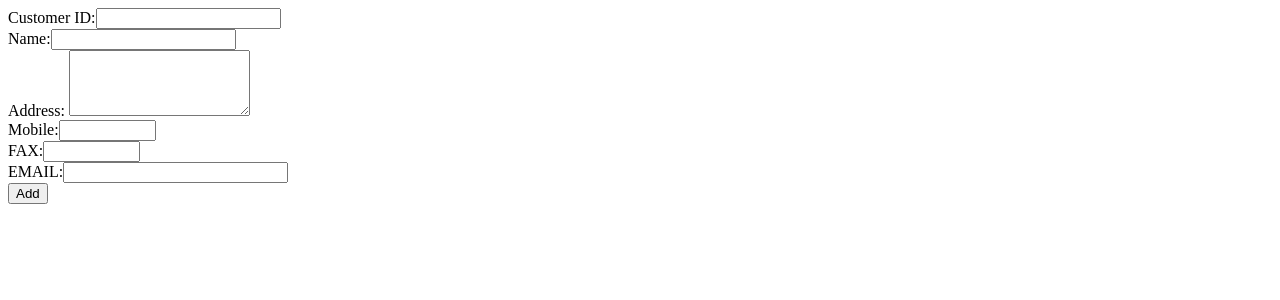
Repository: rishabhsharma0303/demorepository
Page: http://localhost/app1/register.jsp
An editor plug-in stored every save of this project. The page is shown before and after the next save, followed by the edit.
The browser window is 1280 px wide. The pictures show the whole page.
The page is served by Tomcat 9.

Above is the page before, as saved 2021-09-01 15:21:29.

After the next save:
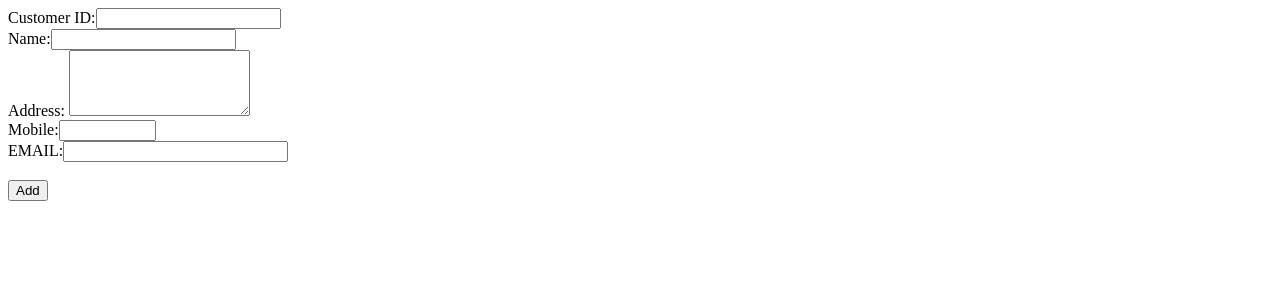
Saved 45 s later.
--- a/app1/WebContent/register.jsp
+++ b/app1/WebContent/register.jsp
@@ -8,13 +8,13 @@
 </head>
 <body>
 <form action="addCustomer" method="POST">
-Customer ID:<input name="id"/></br>
+Customer ID:<input name="id"/><br>
 
-Name:<input name="name"/></br>
-Address: <textarea name="address" rows="4" cols="20"></textarea></br>
-Mobile:<input name="mobile" size="9"/></br>
-FAX:<input name="fax" size="9"/></br>
-EMAIL:<input name="email" size="25"/></br>
+Name:<input name="name"/><br>
+Address: <textarea name="address" rows="4" cols="20"></textarea><br>
+Mobile:<input name="mobile" size="9"/><br>
+
+EMAIL:<input name="email" size="25"/><br><br>
 <input type="submit" value="Add"/>
 </form>
 </body>
